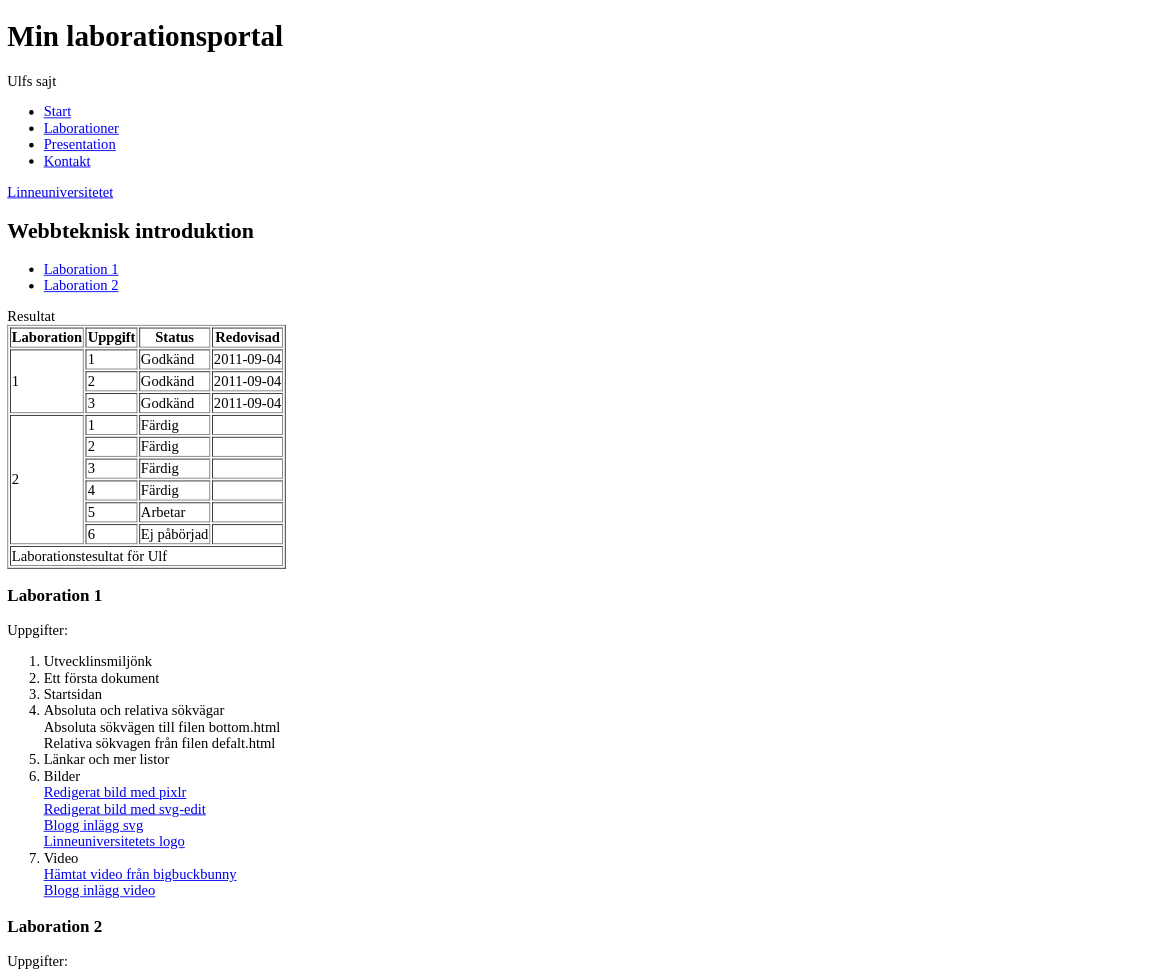
Repository: ulfek/laborationer
Page: pages/laborationer.html
The author's editor kept a record of every edit. The page is drawn from the files as they stood at one moment, then again after the next edit.
The browser window is 1280 px wide. The pictures show the whole page, at 91% of full size.

Above is the page before.

After the next edit:
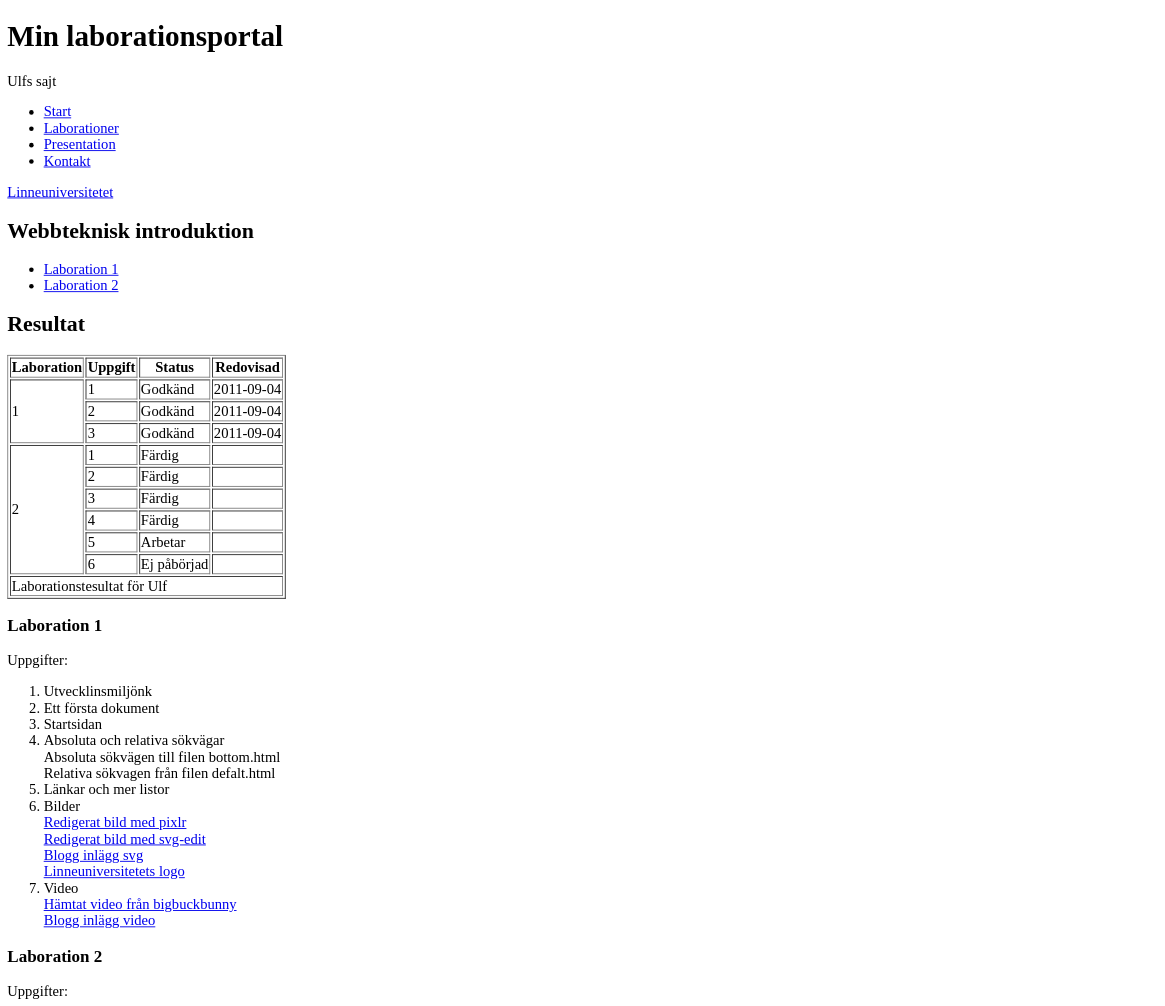
The edit:
--- a/pages/laborationer.html
+++ b/pages/laborationer.html
@@ -19,7 +19,7 @@
             <li><a href= "#lab2">Laboration 2</a></li>
         </ul>
 
-        Resultat
+       <h2>Resultat</h2>
         <table border=1>
             <thead><tr><th>Laboration</th><th>Uppgift</th><th>Status</th><th>Redovisad</th></tr></thead>
             <tfoot><tr><td colspan=4>Laborationstesultat för Ulf</td></tr></tfoot>
